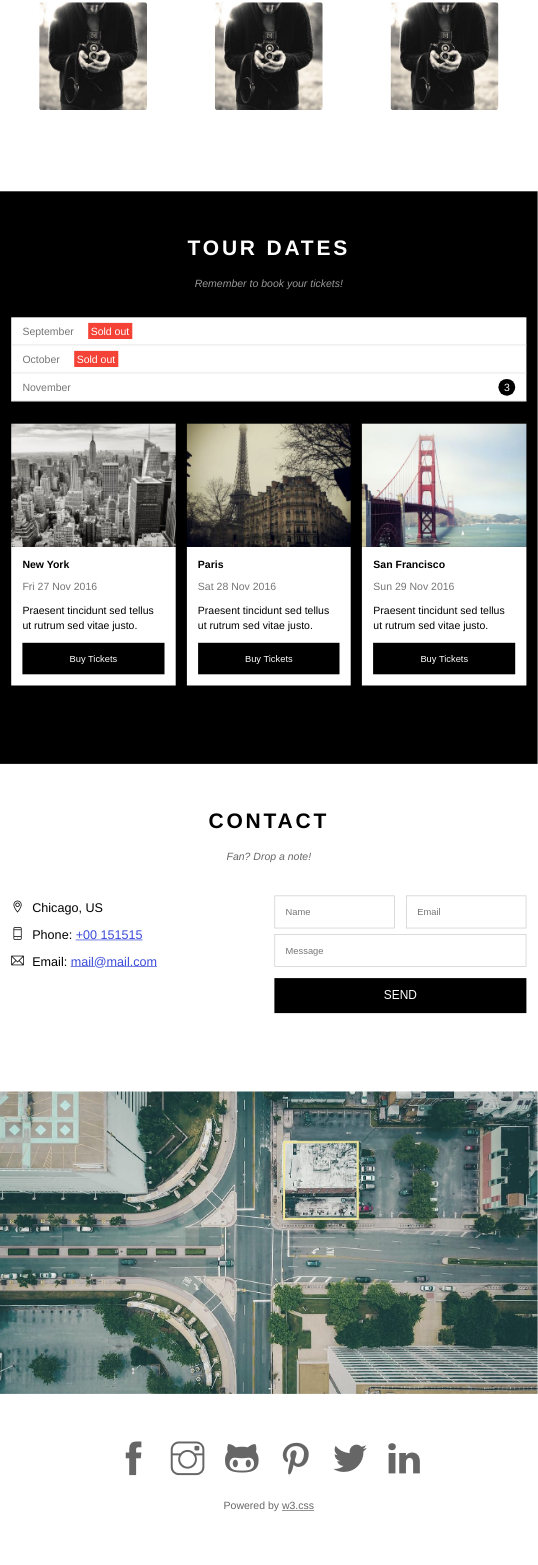
Repository: phongngotrong/w3school_reup
Page: index.html
These files come from the project's save history. The page is drawn as it stood at one moment and after a run of saves; the edit follows.
The browser window is 768 px wide. The pictures show the part of the page from y = 825 to 3065 px (the page is 3061 px tall before and 3065 px after), at 70% of full size.

Above is the page before, as saved 2022-02-17 00:00:06.

### index.html
<!DOCTYPE html>
<html lang="en">
  <head>
    <meta charset="UTF-8" />
    <meta http-equiv="X-UA-Compatible" content="IE=edge" />
    <meta name="viewport" content="width=device-width, initial-scale=1.0" />
    <title>W3.CSS Template</title>
    <link rel="icon" href="https://play-lh.googleusercontent.com/i-ij7KM2pFUUpFE31QAUDXg5mzGFNbm16S4tjmg2ZyuhCGLgNJ8oXJRbq7ysh6LoZg" type="image/x-icon" />
    <link rel="stylesheet" href="./assets/css/style.css" />
    <link rel="stylesheet" href="./assets/css/responsive.css" />
    <link rel="stylesheet" href="./assets/fonts/themify-icons/themify-icons.css">
  </head>
  <body>
    <div id="main">
      <div id="header">
        <!--Begin: Nav-->
        <ul id="nav">
          <li><a href="#">Home</a></li>
          <li><a href="#band">Band</a></li>
          <li><a href="#tour">Tour</a></li>
          <li><a href="#contact">Contact</a></li>
          <li>
            <a href="#">
              More
              <i class="nav-arrow-down ti-angle-down"></i>
            </a>
            <ul class="subnav">
              <ul>
                <li><a href="#">Merchandise</a></li>
                <li><a href="#">Extras</a></li>
                <li><a href="#">Media</a></li>
              </ul>
            </ul>
          </li>
        </ul>
        <!--End: Nav-->

        <!--Begin: Search-->
        <div class="search-btn">
          <i class="search-icon ti-search"></i>
        </div>

        <div id="mobile-menu" class="mobile-menu-btn">
          <i class="menu-icon ti-menu"></i>
        </div>
        <!--End: Search-->
      </div>

      <div id="slider">
        <div class="text-content">
          <h2 class="text-heading">Chicago</h2>
          <div class="text-description">
            Thank you, Chicago - A night we won't forget.
          </div>
        </div>
      </div>

      <div id="content">
        <!--content section-->
        <div id="band" class="content-section">
          <h2 class="section-heading">THE BAND</h2>
          <p class="section-sub-heading">We love music</p>
          <p class="about-text">
            We have created a fictional band website. Lorem ipsum dolor sit
            amet, consectetur adipiscing elit, sed do eiusmod tempor incididunt
            ut labore et dolore magna aliqua. Ut enim ad minim veniam, quis
            nostrud exercitation ullamco laboris nisi ut aliquip ex ea commodo
            consequat. Duis aute irure dolor in reprehenderit in voluptate velit
            esse cillum dolore eu fugiat nulla pariatur. Excepteur sint occaecat
            cupidatat non proident, sunt in culpa qui officia deserunt mollit
            anim id est laborum consectetur adipiscing elit, sed do eiusmod
            tempor incididunt ut labore et dolore magna aliqua. Ut enim ad minim
            veniam, quis nostrud exercitation ullamco laboris nisi ut aliquip ex
            ea commodo consequat.
          </p>
          <div class="row list-member">
            <!--member1-->
            <div class="col col-third s-col-full mt-32 text-center">
              <p class="member-name">Name</p>
              <img
                src="./assets/img/member.jpg"
                alt="Name"
                class="avt-member"
              />
            </div>

            <!--member2-->
            <div class="col col-third s-col-full mt-32 text-center">
              <div class="member-name">Name</div>
              <img
                src="./assets/img/member.jpg"
                alt="Name"
                class="avt-member"
              />
            </div>
            <!--member3-->

            <div class="col col-third s-col-full mt-32 text-center">
              <div class="member-name">Name</div>
              <img
                src="./assets/img/member.jpg"
                alt="Name"
                class="avt-member"
              />
            </div>
            <!-- <div class="clear"></div> -->
          </div>
        </div>
        <!--tour section-->
        <div id="tour" class="tour-section">
          <div class="content-section">
            <h2 class="section-heading text-white">TOUR DATES</h2>
            <p class="section-sub-heading text-white">
              Remember to book your tickets!
            </p>
            <!-- tickets -->
            <ul class="tickets-list">
              <li>September <span class="sold-out">Sold out</span></li>
              <li>October <span class="sold-out">Sold out</span></li>
              <li>November <span class="quantity">3</span></li>
            </ul>
            <div class="row places-list">
              <!-- place1 -->
              <div class="col col-third s-col-full mt-16">
                <img
                  src="./assets/img/newyork.jpg"
                  alt="New York"
                  class="place-img"
                />
                <div class="places-body">
                  <h3 class="places-heading">New York</h3>
                  <p class="places-time">Fri 27 Nov 2016</p>
                  <p class="place-description">
                    Praesent tincidunt sed tellus ut rutrum sed vitae justo.
                  </p>
                  <button class="btn s-full-width js-buy-ticket">Buy Tickets</button>
                </div>
              </div>
              <!-- place2 -->

              <div class="col col-third s-col-full mt-16">
                <img
                  src="./assets/img/paris.jpg"
                  alt="New York"
                  class="place-img"
                />
                <div class="places-body">
                  <h3 class="places-heading">Paris</h3>
                  <p class="places-time">Sat 28 Nov 2016</p>
                  <p class="place-description">
                    Praesent tincidunt sed tellus ut rutrum sed vitae justo.
                  </p>
                  <button class="btn s-full-width js-buy-ticket">Buy Tickets</button>
                </div>
              </div>
              <!-- place3 -->

              <div class="col col-third s-col-full mt-16">
                <img
                  src="./assets/img/sanfran.jpg"
                  alt="New York"
                  class="place-img"
                />
                <div class="places-body">
                  <h3 class="places-heading">San Francisco</h3>
                  <p class="places-time">Sun 29 Nov 2016</p>
                  <p class="place-description">
                    Praesent tincidunt sed tellus ut rutrum sed vitae justo.
                  </p>
                  <button class="btn s-full-width js-buy-ticket">Buy Tickets</button>
                </div>
              </div>
              <!-- <div class="clear"></div> -->
            </div>
          </div>
        </div>

        <!-- Begin: contact section-->
        <div id="contact" class="content-section">
          <h2 class="section-heading">CONTACT</h2>
          <p class="section-sub-heading">Fan? Drop a note!</p>

          <div class="row contact-content">
            <div class="col col-half s-col-full contact-info">
              <p><i class="ti-location-pin"></i>Chicago, US</p>
              <p><i class="ti-mobile"></i>Phone: <a href="tell: +00 151515">+00 151515</a></p>
              <p><i class="ti-email"></i>Email: <a href="mailto: mail@mail.com">mail@mail.com</a></p>
            </div>
            <div class="col col-half s-col-full contact-form">
              <form action="">
                <div class="row">
                  <div class="col col-half s-col-full">
                      <input type="text" name="" required placeholder="Name" id="" class="form-control">
                  </div>
                  <div class="col col-half s-col-full s-mt-8">
                    <input type="email" name="" required placeholder="Email" id="" class="form-control">
                </div>
                </div>
                <div class="row mt-8">
                  <div class="col col-full">
                    <input type="text" name="" required placeholder="Message" id="" class="form-control">
                </div>
                </div>
                <input class="contact-submit-btn btn pull-right s-full-width mt-16" type="submit" value="SEND">
              </form>
            </div>
          </div>
        </div>
        <!-- End: contact section-->
        <div class="map-section">
          <img src="./assets/img/map.jpg" alt="Map">
        </div>
      </div>

      <div id="footer">
        <div class="social-list">
          <a href=""><i class="ti-facebook"></i></a>
          <a href=""><i class="ti-instagram"></i></a>
          <a href=""><i class="ti-github"></i></a>
          <a href=""><i class="ti-pinterest"></i></a>
          <a href=""><i class="ti-twitter-alt"></i></a>
          <a href=""><i class="ti-linkedin"></i></a>
        </div>
        <div class="Copyright">Powered by <a href="">w3.css</a></div>
      </div>
    </div>

    <div class="modal js-modal">
      <div class="modal-container js-modal-container">
        <div class="modal-close js-modal-close">
          <i class="ti-close"></i>
        </div>
        <header class="modal-header">
          <i class="icon-ti-bag-header ti-bag"></i>
          Tickets
        </header>

        <div class="modal-body">
          <label for="tickets-quantity" class="modal-label">
            <i class="ti-shopping-cart"></i>
            Tickets, $15 per person
          </label>
          <input
            id="tickets-quantity"
            type="text"
            class="modal-input"
            placeholder="How many?"
          />

          <label for="tickets-email" class="modal-label">
            <i class="ti-user"></i>
            Send To
          </label>
          <input
            id="tickets-email"
            type="email"
            class="modal-input"
            placeholder="Enter email "
          />

          <button id="buy-tickets">
            PAY<i class="icon-ti-check-footer ti-check"></i>
          </button>
        </div>

        <footer class="modal-footer">
          <p class="modal-help">Need <a href="">help?</a></p>
        </footer>
      </div>
    </div>

    <script>
      const buyBtns = document.querySelectorAll('.js-buy-ticket')
      const modal = document.querySelector('.js-modal')
      const modalContainer = document.querySelector('.js-modal-container')
      const modalClose = document.querySelector('.js-modal-close')

      // hàm hiển thị modal mua vé(thêm class open vào modal)
      function showBuyTickets() {
        modal.classList.add('open')
      }

      // hàm ẩn modal mua vé(gỡ bỏ class open của modal)
      function hideBuyTickets() {
        modal.classList.remove('open')
      }

      // lặp qua từng thẻ button và nghe hành vi click
      for(const buyBtn of buyBtns) {
        buyBtn.addEventListener('click', showBuyTickets)
      }

      // nghe hành vi click vào button close
      modalClose.addEventListener('click', hideBuyTickets)

      modal.addEventListener('click', hideBuyTickets)

      modalContainer.addEventListener('click', function(event){
        event.stopPropagation()
      })

    </script>

    <script>
      var header = document.getElementById('header');
      var mobileMenu = document.getElementById('mobile-menu');
      var headerHeight = header.clientHeight;

      // Đóng/mở mobile menu
      mobileMenu.onclick = function() {
        var isClosed = header.clientHeight === headerHeight;
        if(isClosed) {
          header.style.height = 'auto';
        } else {
          header.style.height = null;
        }
      }

      // Tự động đóng khi chọn menu
      var menuItems = document.querySelectorAll('#nav li a[href*="#"]');
      for(var i=0; i<menuItems.length; i++) {
        var menuItem = menuItems[i];

        console.log(menuItem);

        menuItem.onclick = function(event) {
          var isParentMenu = this.nextElementSibling && this.nextElementSibling.classList.contains('subnav');
          if(isParentMenu) {
            event.preventDefault();
          }else {
            header.style.height = null;
          }
        }
      }

    </script>
  </body>
</html>

### assets/css/style.css
/* Reset CSS */

* {
  padding: 0;
  margin: 0;
  box-sizing: border-box;
}

html {
  font-family: Helvetica, Arial, sans-serif;
  scroll-behavior: smooth;
}
/*
  -Từ trên xuống dưới
  -Từ ngoài vào trong
  -Tổng quan đến chi tiết
  */

/*
  1. Vi tri
  2. Kich thuoc
  3. Mau sac
  4. Kieu dang (kieu chu, hinh tron, vuong...)
  */

/* Common */
.text-center {
  text-align: center !important;
}

.row {
  margin-left: -8px;
  margin-right: -8px;
}

/* Tạo element giả */
.row::after {
  content: "";
  display: block;
  clear: both;
}
/*.................*/

.col {
  float: left;
  padding-left: 8px;
  padding-right: 8px;
}

.col-full {
  width: 100%;
}

.col-half {
  width: 50%;
}

.col-third {
  width: 33.33333%;
}

.pull-right {
  float: right;
}

.btn {
  background-color: #000;
  color: #fff;
  text-decoration: none;
  display: inline-block;
  padding: 11px 16px;
  margin-top: 15px;
  padding-top: 16px;
  cursor: pointer;
  border: none;
  -webkit-appearance: none;
}

.btn:hover {
  background-color: #ccc;
  color: #000;
}

.mt-8 {
  margin-top: 8px !important;
}

.mt-16 {
  margin-top: 16px !important;
}

.mt-32 {
  margin-top: 32px !important;
}

.clear {
  clear: both;
}

/* .row::after {
    clear: both;
    display: block;
    content: "";
  } */

.text-white {
  color: #fff !important;
}

/* Main */
#main {
}

#header {
  position: fixed;
  top: 0;
  left: 0;
  right: 0;
  height: 46px;
  background-color: #000;
  z-index: 1;
}

#nav {
  display: inline-block;
}

li {
  list-style-type: none;
}

#nav > li {
  display: inline-block;
}

#nav li {
  position: relative;
}

#nav > li > a {
  color: #fff;
  text-transform: uppercase;
}

#nav li a {
  text-decoration: none;
  line-height: 46px;
  padding: 0 24px;
  display: block;
}

#nav li:hover .subnav {
  display: block;
}

#nav > li:hover > a,
#nav .subnav li:hover a {
  color: #000;
  background-color: #ccc;
}

#nav .subnav {
  display: none;
  min-width: 160px;
  position: absolute;
  background-color: #fff;
  box-shadow: 0 0 10px rgba(0, 0, 0, 0.3);
}

#nav .subnav a {
  color: #000;
  padding: 0 12px;
  line-height: 38px;
}

#nav .nav-arrow-down {
  font-size: 12px;
}

#header .mobile-menu-btn {
  position: absolute;
  top: 0;
  right: 0;
  display: none;
}

#header .mobile-menu-btn,
#header .search-btn {
  float: right;
  padding: 0 20px;
}

#header .mobile-menu-btn .menu-icon {
  font-size: 16px;
}

#header .mobile-menu-btn:hover {
  background-color: #ccc;
}

#header .mobile-menu-btn:hover .menu-icon {
  color: #000;
}

#header .search-btn:hover {
  cursor: pointer;
  background-color: #f44336;
}

#header .menu-icon,
#header .search-icon {
  color: #fff;
  font-size: 20px;
  line-height: 46px;
}

#slider {
  position: relative;
  margin-top: 46px;
  padding-top: 50%;
  background: url("../img/slider.jpg") top center / cover no-repeat;
}

#slider .text-content {
  position: absolute;
  bottom: 47px;
  color: #fff;
  width: 100%;
  text-align: center;
}

#slider .text-heading {
  font-weight: 500;
  font-size: 24px;
}

#slider .text-description {
  font-size: 15px;
  margin-top: 25px;
}

#content {
}

#content .content-section {
  width: 800px;
  max-width: 100%;
  padding: 64px 0 112px;
  margin-right: auto;
  margin-left: auto;
  padding-left: 16px;
  padding-right: 16px;
}

#content .section-heading {
  text-align: center;
  font-size: 30px;
  letter-spacing: 4px;
}

#content .section-sub-heading {
  font-size: 15px;
  text-align: center;
  margin-top: 25px;
  font-style: italic;
  opacity: 0.6;
}

#content .about-text {
  font-size: 15px;
  margin-top: 15px;
  text-align: justify;
  line-height: 1.4;
}

#content .member-name {
  font-size: 16px;
}

#content .list-member {
  margin-top: 32px;
  /* margin-bottom: 48px;
    overflow: hidden;  */
}

/* #content .item-member {
    float: left;
    width: 33.33333%;
    text-align: center;
  } */

#content .avt-member {
  margin-top: 15px;
  width: 154px;
  border-radius: 4px;
}

/* tour section */
.tour-section {
  background-color: #000;
}
.tickets-list {
  background-color: #fff;
  margin-top: 40px;
  list-style: none;
}

.tickets-list li {
  color: #757575;
  font-size: 15px;
  padding: 11px 16px;
  border-bottom: 1px solid #ddd;
}

.tickets-list .sold-out {
  background-color: #f44336;
  color: #fff;
  padding: 3px 4px;
  margin-left: 16px;
}

.tickets-list .quantity {
  float: right;
  width: 24px;
  height: 24px;
  background-color: #000;
  color: #fff;
  border-radius: 50%;
  line-height: 24px;
  text-align: center;
  margin-top: -3px;
}

/* Places */
.places-list {
  margin-top: 16px;
}

/* .places-item {
    float: left;
    width: 33.33333%;
    padding: 0 8px;
  } */

.place-img {
  width: 100%;
  display: block;
}

.place-img:hover {
  opacity: 0.6;
}

.places-body {
  padding: 16px;
  font-size: 15px;
  background-color: #fff;
}

.places-heading {
  font-size: 15px;
}

.places-time {
  padding-top: 15px;
  color: #757575;
}

.place-description {
  padding-top: 15px;
  line-height: 1.4;
}

.modal {
  position: fixed;
  top: 0;
  bottom: 0;
  right: 0;
  left: 0;
  background-color: rgba(0, 0, 0, 0.4);
  display: none;
  align-items: center;
  justify-content: center;
}

.modal.open {
  display: flex;
}

.modal-container {
  background-color: #fff;
  width: 900px;
  min-height: 200px;
  position: relative;
  max-width: calc(100% -32px);
  animation: modalFadeIn ease 0.4s;
}

.modal-header {
  background-color: #009688;
  color: #fff;
  height: 130px;
  font-size: 30px;
  display: flex;
  align-items: center;
  justify-content: center;
  letter-spacing: 4px;
}

.modal-close:hover {
  background-color: #ccc;
  color: #000;
}

.modal-close {
  position: absolute;
  right: 0;
  top: 0;
  padding: 16px;
  font-size: 12px;
  color: #fff;
  cursor: pointer;
}

.icon-ti-bag-header {
  margin-right: 16px;
}

.modal-body {
  padding: 16px;
}

.modal-label {
  display: block;
  font-size: 15px;
  margin-bottom: 12px;
}

.modal-input {
  border: 1px solid #ccc;
  width: 100%;
  padding: 10px;
  font-size: 15px;
  margin-bottom: 24px;
}

#buy-tickets:hover {
  background-color: #ccc;
  color: #000;
}

#buy-tickets {
  background-color: #009688;
  width: 100%;
  padding: 18px;
  color: #fff;
  border: none;
  text-transform: uppercase;
  font-size: 15px;
  cursor: pointer;
}

.modal-footer {
  padding: 16px;
  text-align: right;
}

.modal-footer a {
  color: #2196f3;
}

/* Contact */
.contact-content {
  margin-top: 48px;
}

.contact-info {
  font-size: 18px;
  line-height: 1.5;
}

.contact-info a {
  color: #0c20cf;
  opacity: 0.8;
}

.contact-info a:hover {
  opacity: 1;
}

.contact-info i[class*="ti-"] {
  width: 30px;
  display: inline-block;
}

.contact-form {
  font-size: 15px;
}

.contact-form .form-control {
  padding: 10px;
  border: 1px solid #ccc;
  width: 100%;
}

/* .contact-form .form-submit-btn {
  background: #000;
  color: #fff;
  border: 1px solid #000;
  padding: 10px 16px;
  float: right;
} */

/* .form-submit-btn:hover {
  background: #ccc;
  color: #000;
  border: none;
  cursor: pointer;
} */

/* Map section */
.map-section img {
  width: 100%;
  filter: grayscale(50%);
}

/* footer section */

#footer {
  padding: 64px 16px;
  text-align: center;
}

#footer .social-list {
  font-size: 20px;
}

#footer .Copyright {
  font-size: 15px;
  margin-top: 15px;
  color: rgba(0, 0, 0, 0.6);
}

#footer .Copyright a {
  color: rgba(0, 0, 0, 0.6);
}

#footer .social-list a {
  color: rgba(0, 0, 0, 0.6);
  text-decoration: none;
}

#footer .social-list a:hover {
  color: rgba(0, 0, 0, 0.4);
}

/* Tạo hoạt ảnh  */
@keyframes modalFadeIn {
  from {
    opacity: 0;
    transform: translateY(-140px);
  }
  to {
    opacity: 1;
    transform: translateY(0);
  }
}

### assets/css/responsive.css
/* PC: width >= 1024px */
@media only screen and (min-width: 64em) {
}

/* Tablet: width >= 740px and < 1024px */
@media only screen and (min-width: 46.25em) and (max-width: 63.9375em) {
}

/* Tablet && Mobile */
@media only screen and (max-width: 63.9375em) {
  .s-full-width {
    width: 100% !important;
  }

  #nav .subnav a {
    padding: 5px 12px;
  }

  .btn {
    padding: 15px 16px;
  }

  .contact-form .form-control {
    padding: 15px;
  }

  .contact-info {
    line-height: 2.1;
  }

  .contact-submit-btn {
    font-size: 17px;
  }

  #footer .social-list {
    font-size: 48px;
  }

  #footer .social-list a {
    margin: 0 8px;
  }

  #footer .Copyright a {
    padding: 12px 0px;
    display: inline-block;
  }
}

/* Mobile: width < 740px */
@media only screen and (max-width: 46.1875em) {
  .s-mt-8 {
    margin-top: 8px;
  }

  #nav {
    display: block;
  }

  #nav > li {
    display: block;
  }

  #nav > li:first-child {
    display: inline-block;
  }

  #nav li a {
    padding: 1px 24px;
  }

  #nav .subnav {
    position: initial;
    background-color: #333;
  }

  #nav .subnav a {
    color: #fff;
    padding: 5px 41px;
  }

  #header {
    overflow: hidden;
  }

  #header .search-btn {
    display: none;
  }

  #header .mobile-menu-btn {
    display: block;
  }

  #content .avt-member {
    width: 60%;
  }

  .s-col-full {
    width: 100% !important;
  }

  .contact-form {
    margin-top: 32px;
  }
}

Loaded but not shown: assets/fonts/themify-icons/themify-icons.css (common file)

After the next 2 saves:
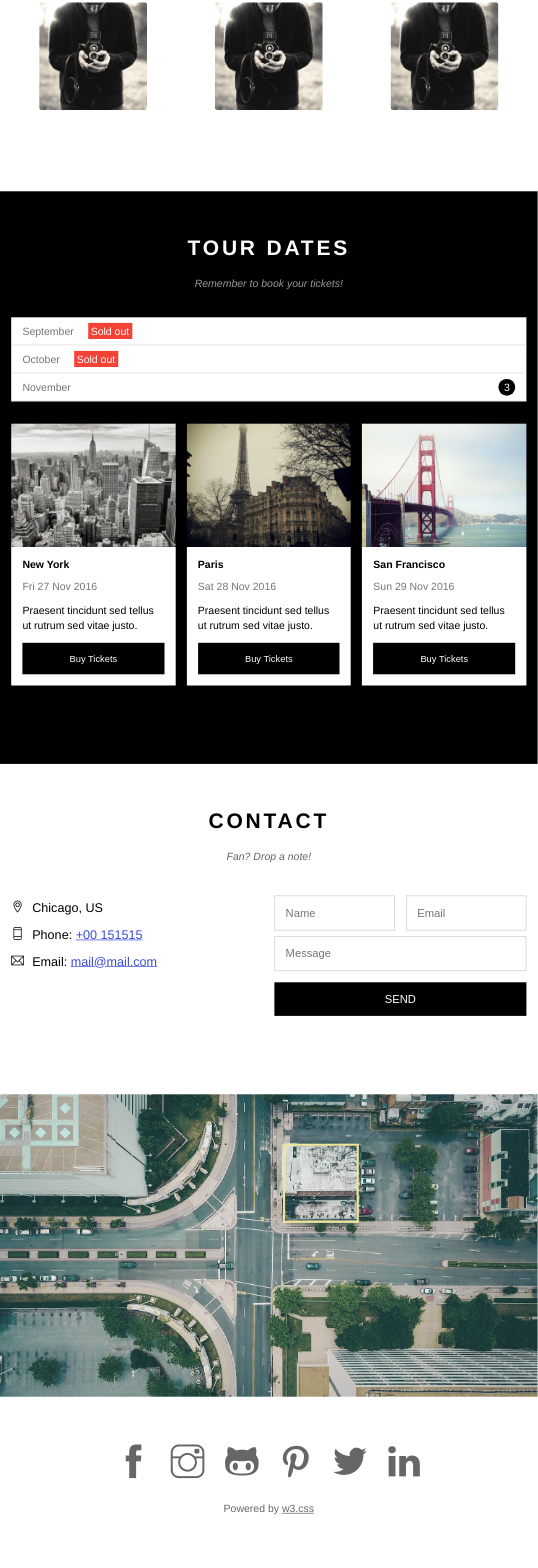
The 2 saves are shown as one change because they came seconds apart.
The last was saved 40 s later.
--- a/assets/css/responsive.css
+++ b/assets/css/responsive.css
@@ -22,6 +22,7 @@
 
   .contact-form .form-control {
     padding: 15px;
+    font-size: 16px;
   }
 
   .contact-info {
@@ -29,7 +30,7 @@
   }
 
   .contact-submit-btn {
-    font-size: 17px;
+    font-size: 16px;
   }
 
   #footer .social-list {
